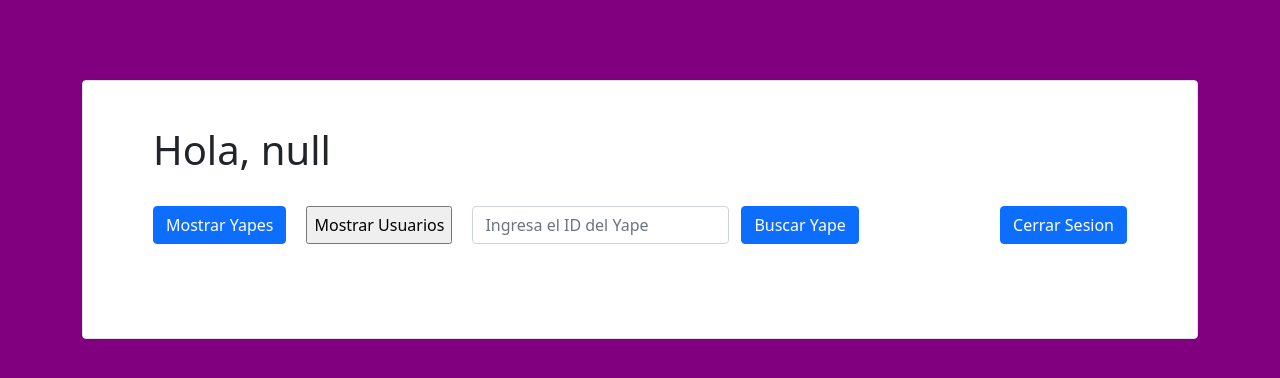
Repository: Gimblet/LP1_Proyecto_Yape
Page: http://localhost/Yape/adminDashboard.jsp
The author's editor kept a copy of each file at every save. The page is drawn from the files as they stood at one save, then again after the next save.
The browser window is 1280 px wide. The pictures show the whole page.
The page is served by Tomcat 9. Queries for data that is not in the repository find no rows.

Above is the page before, as saved 2024-05-03 20:25:10.

After the next save:
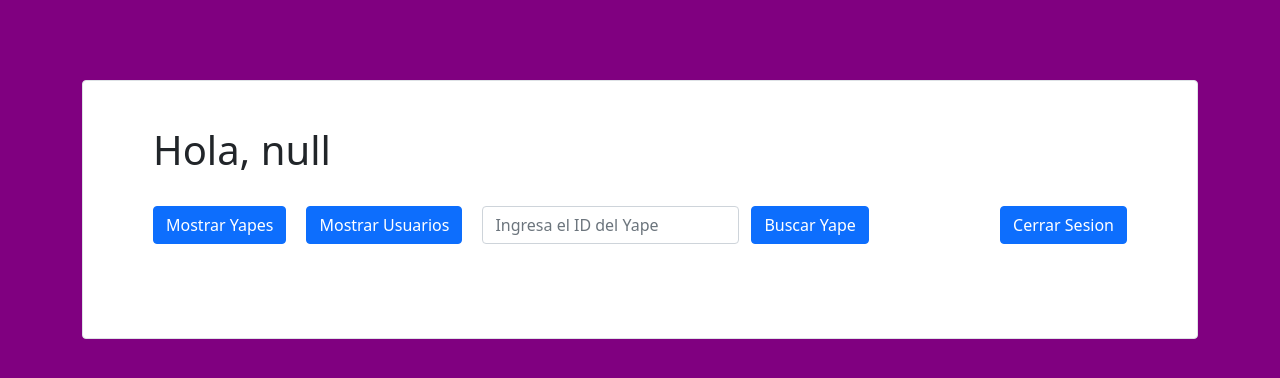
Saved 22 s later.
--- a/Yape/src/main/webapp/adminDashboard.jsp
+++ b/Yape/src/main/webapp/adminDashboard.jsp
@@ -65,7 +65,7 @@ section{
 				<div>
 					<form action="Servlet" method="post">
 						<input class="btn btn-primary" type="submit" value="Mostrar Yapes" name="type"> <input
-							type="submit" value="Mostrar Usuarios" name="type">
+							type="submit" class="btn btn-primary" value="Mostrar Usuarios" name="type">
 						<div class="buscarContainer">
 							<input class="form form-control" type="text" name="txtBuscar"
 								<%String IDStatus = "Ingresa el ID del Yape";
